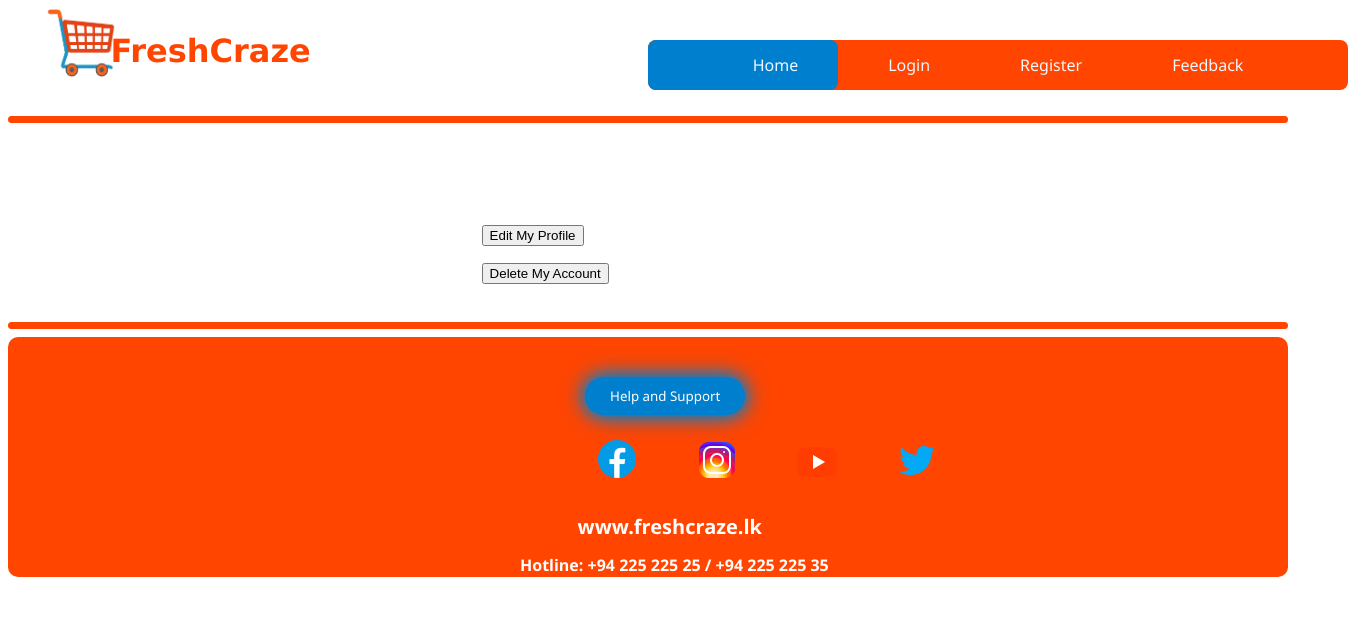
Repository: chamarac2002/FreshCraze
Page: http://localhost/CustomerDemo/useraccount.jsp
An editor plug-in stored every save of this project. The page is shown before and after the next save, followed by the edit.
The browser window is 1280 px wide. The page is 1348 px wide, so the pictures cover 1348 px, including what lies to the right of the window. The pictures show the whole page.
The page is served by Tomcat 9. Nobody is signed in. The application's start-up code is not run. The template is opened directly, without the code that normally fills it, so the values that code supplies are empty.

Above is the page before, as saved 2024-05-11 05:29:52.

After the next save:
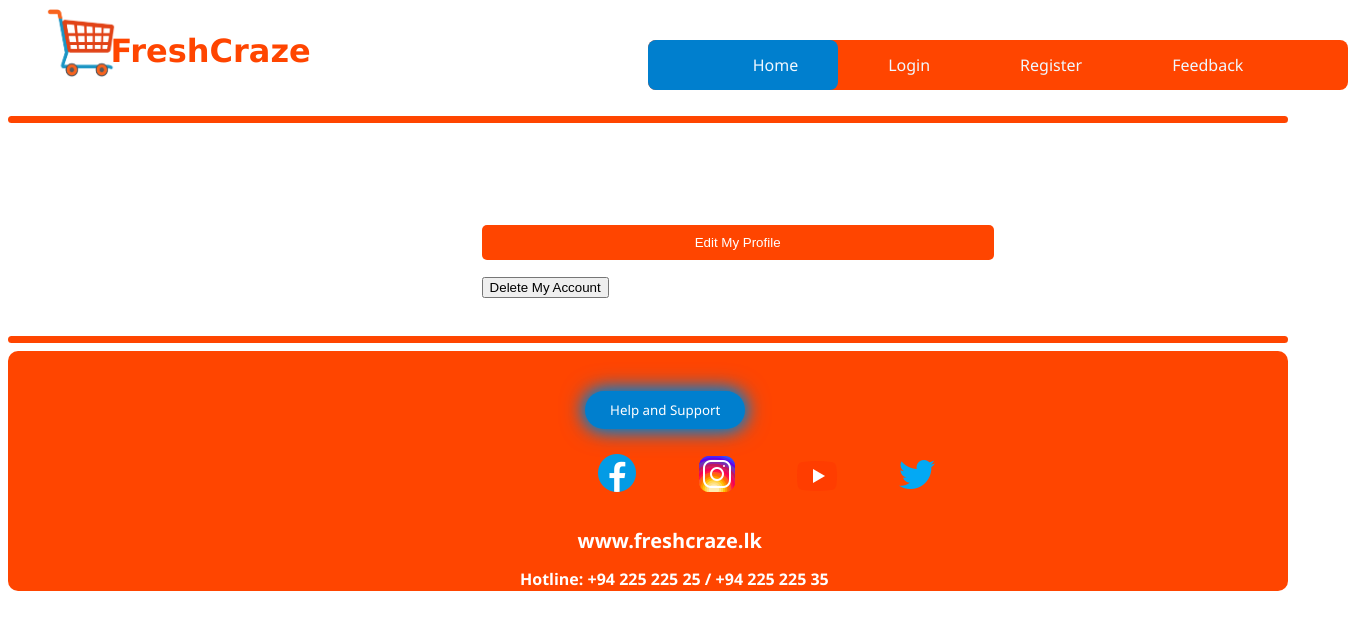
Saved 20 s later.
--- a/CustomerDemo/src/main/webapp/Styles/useraccountStyle.css
+++ b/CustomerDemo/src/main/webapp/Styles/useraccountStyle.css
@@ -214,7 +214,7 @@
     margin-top: -10%;
 }
 
-input[type="submit"] {
+.sub1 {
   color : #ffffff;
   width: 40%;
   padding: 10px;
